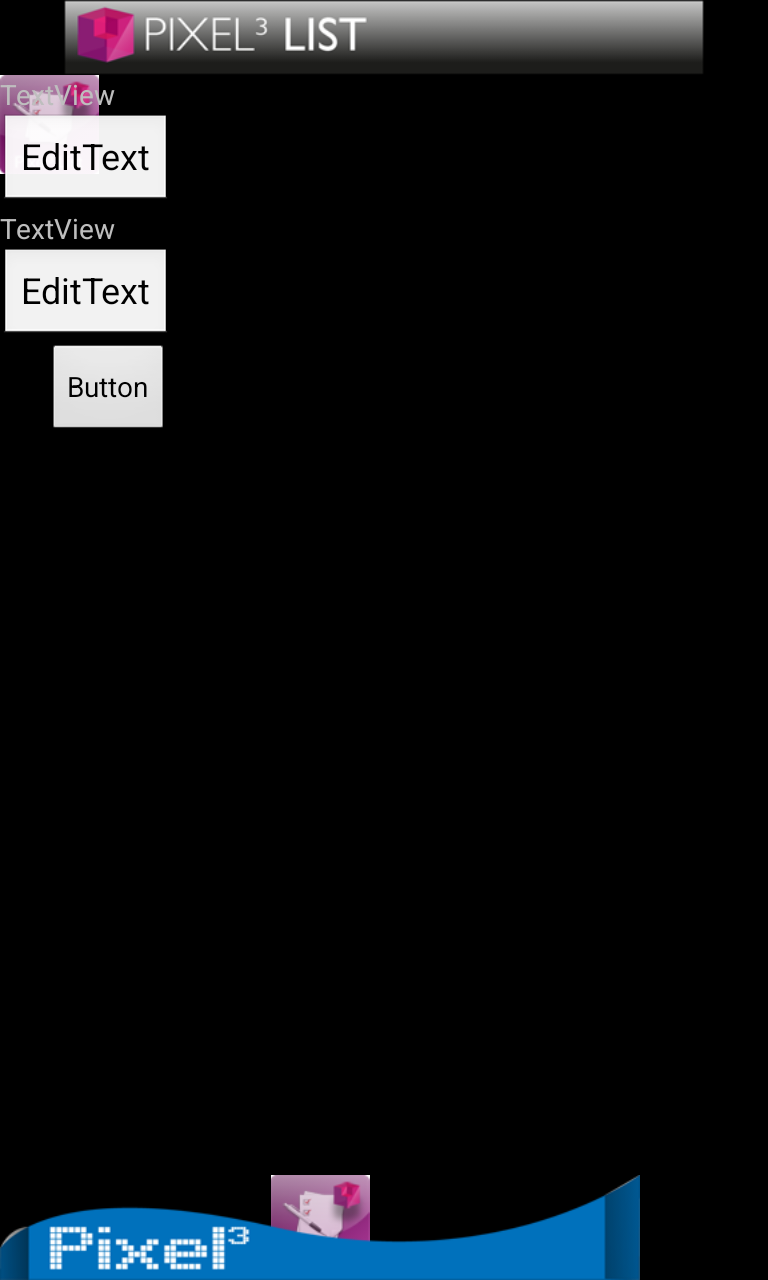
Repository: pixel3mobi/listaDigital
Layout: Pixel3List/res/layout/principal.xml
These files come from the project's save history. The layout is drawn as it stood at one moment and after the next save; the edit follows.
It is drawn on a 768 x 1280 px phone screen (xhdpi) without system bars, with theme android:Theme; the app's code is not run.

Above is the layout before, as saved 2011-03-21 11:15:17.

### Pixel3List/res/layout/principal.xml

<RelativeLayout android:id="@+id/relativeLayout1"
	android:layout_width="fill_parent" android:layout_height="fill_parent"
	xmlns:android="http://schemas.android.com/apk/res/android">
	<ImageView android:id="@+id/imageView1"
		android:layout_height="wrap_content" android:src="@drawable/cabecalho"
		android:layout_alignParentTop="true" android:layout_width="fill_parent"
		android:layout_centerHorizontal="true"></ImageView>
	<RelativeLayout android:layout_height="wrap_content"
		android:id="@+id/relativeLayout2" android:layout_width="wrap_content"
		android:layout_below="@+id/imageView1" android:layout_alignParentBottom="@+id/imageView1">
		<ImageView android:id="@+id/imageView3"
			android:layout_height="wrap_content" android:layout_width="wrap_content"
			android:src="@drawable/icon" android:layout_alignParentLeft="true"></ImageView>
		<RelativeLayout android:layout_height="wrap_content"
			android:id="@+id/relativeLayout3" android:layout_width="wrap_content"
			android:layout_alignRightOf="@+id/imageView3">
			<TextView android:layout_height="wrap_content" android:text="TextView"
				android:layout_alignParentLeft="true" android:id="@+id/textView1"
				android:layout_width="wrap_content"></TextView>
			<EditText android:layout_alignLeft="@+id/textView1"
				android:layout_height="wrap_content" android:id="@+id/editText1"
				android:text="EditText" android:layout_below="@+id/textView1"
				android:layout_width="wrap_content"></EditText>
			<TextView android:layout_alignLeft="@+id/editText1"
				android:layout_height="wrap_content" android:layout_below="@+id/editText1"
				android:text="TextView" android:id="@+id/textView2"
				android:layout_width="wrap_content"></TextView>
			<EditText android:layout_alignLeft="@+id/textView2"
				android:layout_height="wrap_content" android:id="@+id/editText2"
				android:text="EditText" android:layout_below="@+id/textView2"
				android:layout_width="wrap_content"></EditText>
			<Button android:id="@+id/button1" android:layout_height="wrap_content"
				android:text="Button" android:layout_below="@+id/editText2"
				android:layout_alignRight="@+id/editText2" android:layout_width="wrap_content"></Button>
		</RelativeLayout>
	</RelativeLayout>

	<FrameLayout android:layout_height="wrap_content"
		android:layout_alignParentBottom="true" android:layout_width="wrap_content"
		android:id="@+id/frameLayout1">
		<ImageView android:id="@+id/imageView2"
			android:layout_width="fill_parent" android:layout_height="wrap_content"
			android:src="@drawable/icon"></ImageView>
		<ImageView android:id="@+id/imageView4"
			android:layout_width="fill_parent" android:layout_height="wrap_content"
			android:src="@drawable/rodape"></ImageView>
	</FrameLayout>

</RelativeLayout>

After the next save:
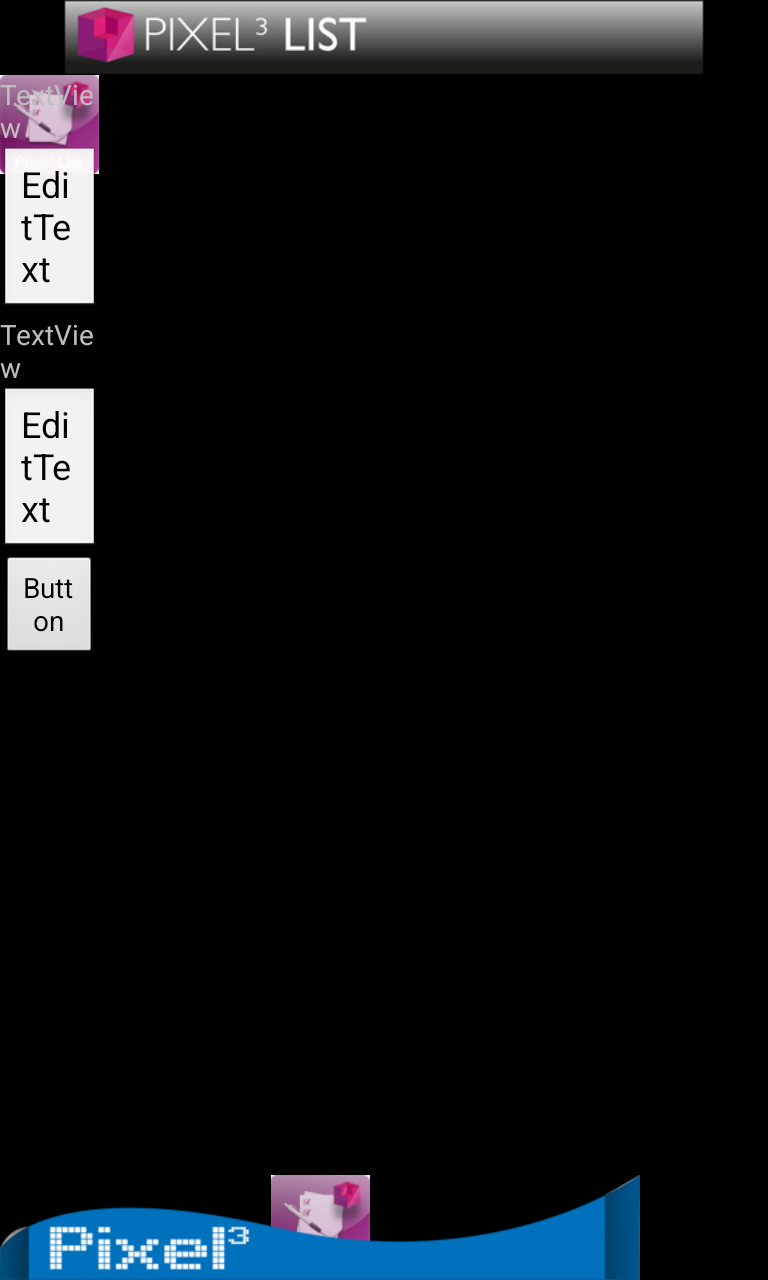
Saved 20 s later.
--- a/Pixel3List/res/layout/principal.xml
+++ b/Pixel3List/res/layout/principal.xml
@@ -14,7 +14,7 @@
 			android:src="@drawable/icon" android:layout_alignParentLeft="true"></ImageView>
 		<RelativeLayout android:layout_height="wrap_content"
 			android:id="@+id/relativeLayout3" android:layout_width="wrap_content"
-			android:layout_alignRightOf="@+id/imageView3">
+			android:layout_alignRight="@+id/imageView3">
 			<TextView android:layout_height="wrap_content" android:text="TextView"
 				android:layout_alignParentLeft="true" android:id="@+id/textView1"
 				android:layout_width="wrap_content"></TextView>

After the save that followed:
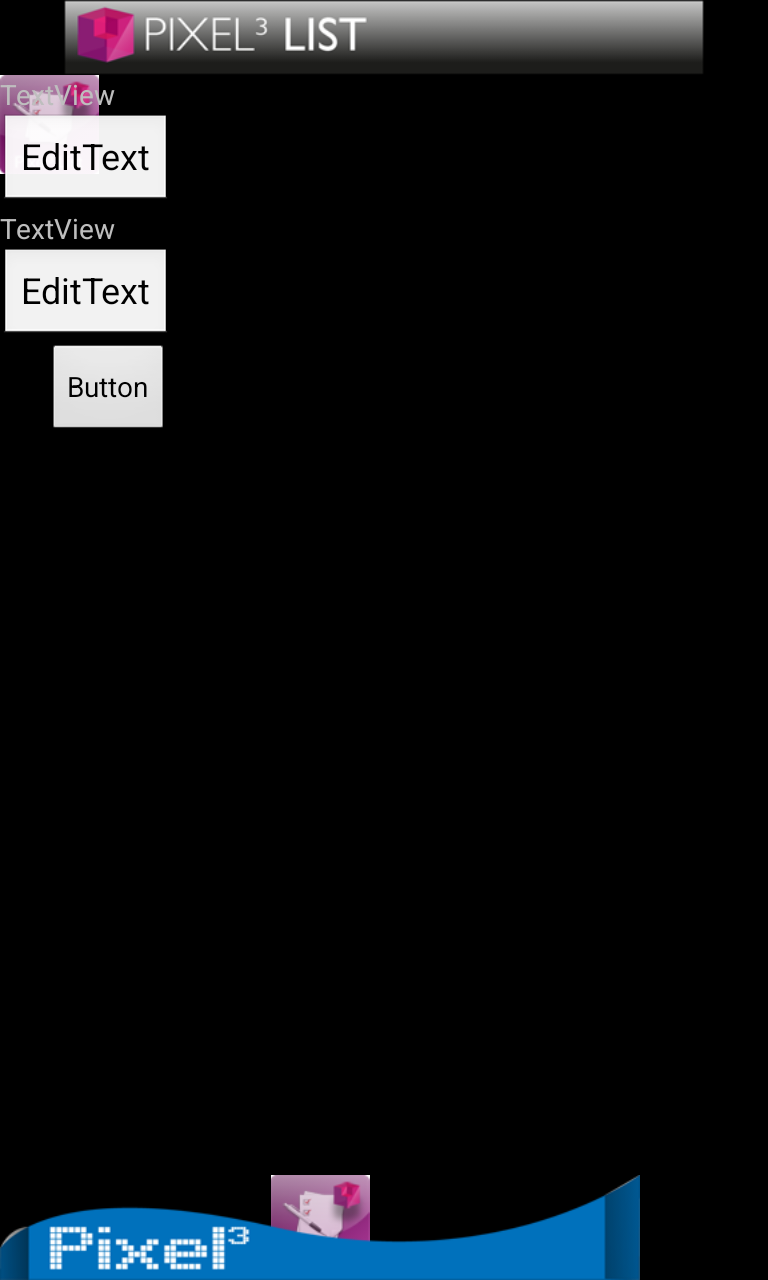
Saved 20 s later.
--- a/Pixel3List/res/layout/principal.xml
+++ b/Pixel3List/res/layout/principal.xml
@@ -14,7 +14,7 @@
 			android:src="@drawable/icon" android:layout_alignParentLeft="true"></ImageView>
 		<RelativeLayout android:layout_height="wrap_content"
 			android:id="@+id/relativeLayout3" android:layout_width="wrap_content"
-			android:layout_alignRight="@+id/imageView3">
+			android:layout_alignLeft="@+id/imageView3">
 			<TextView android:layout_height="wrap_content" android:text="TextView"
 				android:layout_alignParentLeft="true" android:id="@+id/textView1"
 				android:layout_width="wrap_content"></TextView>
